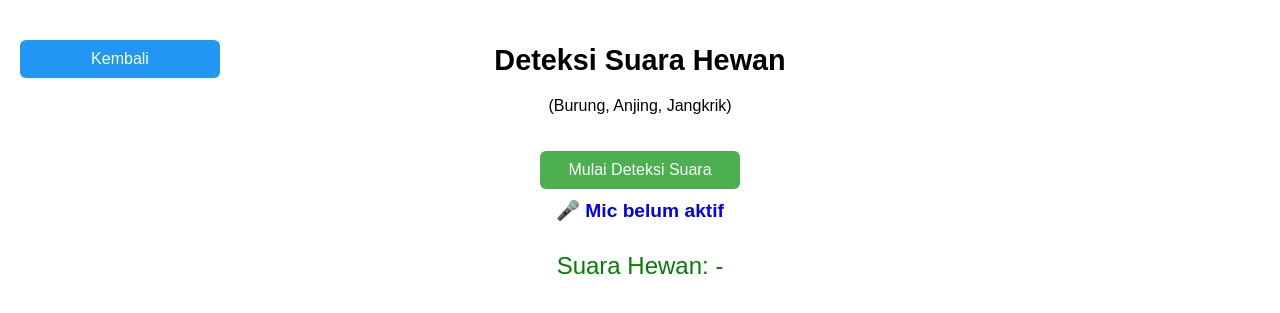
Repository: RalfyBawinto/working-teachable-machine
Page: audio-hewan.html
An editor plug-in stored every save of this project. The page is shown before and after the next save, followed by the edit.
The browser window is 1280 px wide. The pictures show the whole page.

Above is the page before, as saved 2025-04-22 21:25:42.

After the next save:
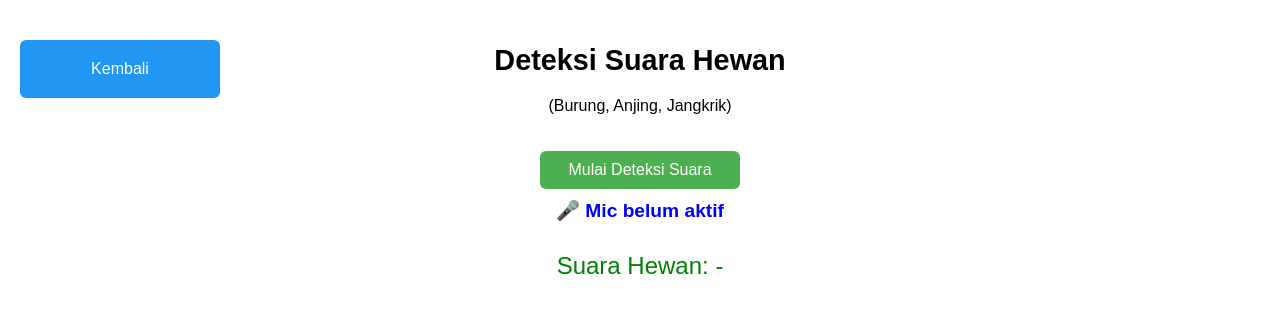
Saved 27 s later.
--- a/styles.css
+++ b/styles.css
@@ -35,7 +35,7 @@ button:hover {
 #next-button {
   position: absolute;
   top: 20px;
-  padding: 10px 20px;
+  padding: 20px;
   font-size: 16px;
   border: none;
   border-radius: 6px;
